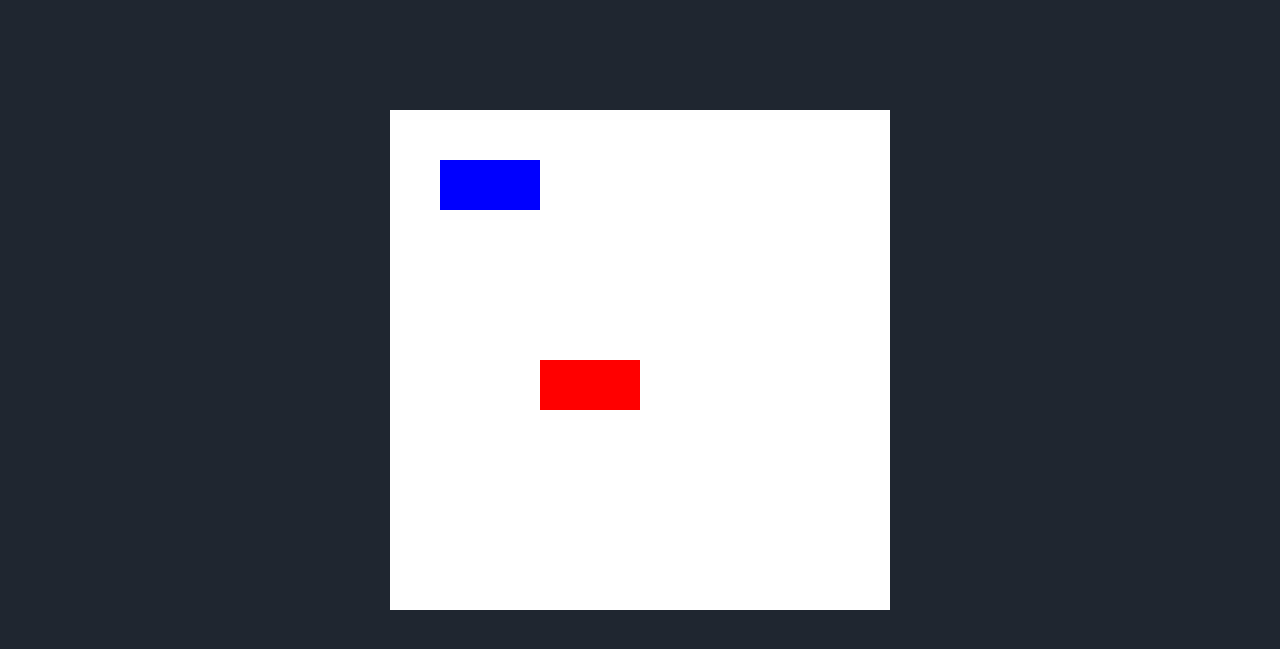
Repository: thecodeholic/cst-javascript-course
Page: /
The author's editor kept a copy of each file at every save. The page is drawn from the files as they stood at one save, then again after the next save.
The browser window is 1280 px wide. The pictures show the whole page.
The project was rebuilt for these pictures with package versions that can differ from the ones it lists, and the page was loaded fresh each time.

Above is the page before, as saved 2020-11-25 10:33:40.

### index.html
<!doctype html>
<html lang="en">
  <head>
    <!-- Required meta tags -->
    <meta charset="utf-8">
    <meta name="viewport" content="width=device-width, initial-scale=1, shrink-to-fit=no">

    <!-- Bootstrap CSS -->
    <link rel="stylesheet" href="https://stackpath.bootstrapcdn.com/bootstrap/4.5.2/css/bootstrap.min.css" integrity="sha384-JcKb8q3iqJ61gNV9KGb8thSsNjpSL0n8PARn9HuZOnIxN0hoP+VmmDGMN5t9UJ0Z" crossorigin="anonymous">

    <title>Javascript Course</title>

    <link rel="stylesheet" href="app.css">
  </head>
  <body>
    <canvas id="myCanvas" width="500" height="500">Your browser does not support canvas</canvas>
    <script src="app.js"></script>
    <!-- <script src="homework.js"></script> -->
  </body>
</html>

### app.css
* {
    box-sizing: border-box;
}
html {
    height: 100%;
}

body {
    background-color: rgb(31, 38, 48);
    display: flex;
    align-items: center;
    justify-content: center;
    height: 100%;;
}

canvas {
    background-color: #FFF;

}

### app.js
// What is canvas?
// https://developer.mozilla.org/en-US/docs/Web/API/Canvas_API/Tutorial
// https://www.w3schools.com/html/html5_canvas.asp
// https://www.w3schools.com/graphics/canvas_intro.asp
// https://www.w3schools.com/graphics/canvas_reference.asp
// https://developer.mozilla.org/en-US/docs/Web/API/Canvas_API

// How to create it and use it
const canvas = document.getElementById('myCanvas');
const ctx = canvas.getContext('2d');

// Draw rectangles
// =================
// fillRect
ctx.fillStyle = 'blue';
ctx.fillRect(50, 50, 100, 50);

ctx.translate(100, 100)
ctx.fillStyle = 'red';
ctx.fillRect(50, 150, 100, 50);

// // strokeRect
// ctx.strokeStyle = 'green';
// ctx.lineWidth = 4;
// ctx.strokeRect(200, 50, 100, 50);

// // clearRect
// ctx.clearRect(55, 55, 90, 40);

// // fillText
// ctx.font = '36px Arial';
// ctx.fillStyle = 'purple';
// ctx.fillText("Hello World", 200, 200)

// // strokeText
// ctx.lineWidth = 1;
// ctx.strokeText("Hello World", 200, 250);

// // Paths   beginPath, moveTo, lineTo, closePath, stroke, fill
// // ==============
// ctx.beginPath();
// ctx.moveTo(200, 300);
// ctx.lineTo(300, 300);
// ctx.lineTo(300, 400);
// ctx.closePath();
// ctx.stroke();

// // Arcs
// // ====================
// ctx.beginPath();
// ctx.lineWidth = 4;
// ctx.arc(100, 300, 50, 0, 2 * Math.PI);
// ctx.stroke();

// ctx.beginPath();
// ctx.moveTo(75, 25);
// ctx.quadraticCurveTo(25, 25, 25, 62.5);
// ctx.quadraticCurveTo(25, 100, 50, 100);
// ctx.quadraticCurveTo(50, 120, 30, 125);
// ctx.quadraticCurveTo(60, 120, 65, 100);
// ctx.quadraticCurveTo(125, 100, 125, 62.5);
// ctx.quadraticCurveTo(125, 25, 75, 25);
// ctx.stroke();

// Draw image
// ====================
// const image = new Image();
// image.src = 'char.png';
// image.onload = function() {
//     canvas.width = 100;
//     canvas.height = 100;
//     ctx.drawImage(image, 0, 0);
//     const data = ctx.getImageData(130, 130, 30, 30);
//     console.log(data);
//     ctx.putImageData(data, 200, 200);
// }

// Write text
// ====================

// Ball animation
// const ball = {
//     x: 100,
//     y: 100,
//     r: 20,
//     dx: 0,
//     dy: 0
// };


// function clear(){
//     ctx.clearRect(0, 0, canvas.width, canvas.height)
// }

// function drawBall() {
//     clear();
//     ctx.beginPath();

//     if (ball.x + ball.r >= canvas.width || ball.x - ball.r <= 0) {
//         ball.dx *= -1;
//     }
//     if (ball.y + ball.r >= canvas.height || ball.y - ball.r <= 0) {
//         ball.dy *= -1;
//     }

//     ctx.arc(ball.x, ball.y, ball.r, 0, 2 * Math.PI);
//     ctx.fillStyle = 'green'
//     ctx.fill();

//     ball.x += ball.dx;
//     ball.y += ball.dy;
// }

// function update() {
//     drawBall();

//     requestAnimationFrame(update);
// }

// document.addEventListener('keydown', function(ev) {
//     console.log(ev);
//     if (ev.key === 'ArrowRight') {
//         ball.dx = 3;
//     } else if (ev.key === 'ArrowLeft') {
//         ball.dx = -3;
//     } else if (ev.key === 'ArrowUp') {
//         ball.dy = -3;
//     } else if (ev.key === 'ArrowDown') {
//         ball.dy = 3;
//     }

// });

// document.addEventListener('keyup', function() {
//     ball.dx = 0;
//     ball.dy = 0;
// })

// update();

Loaded but not shown: src/index.js (no copy from this time; the picture is the same without it)

After the next save:
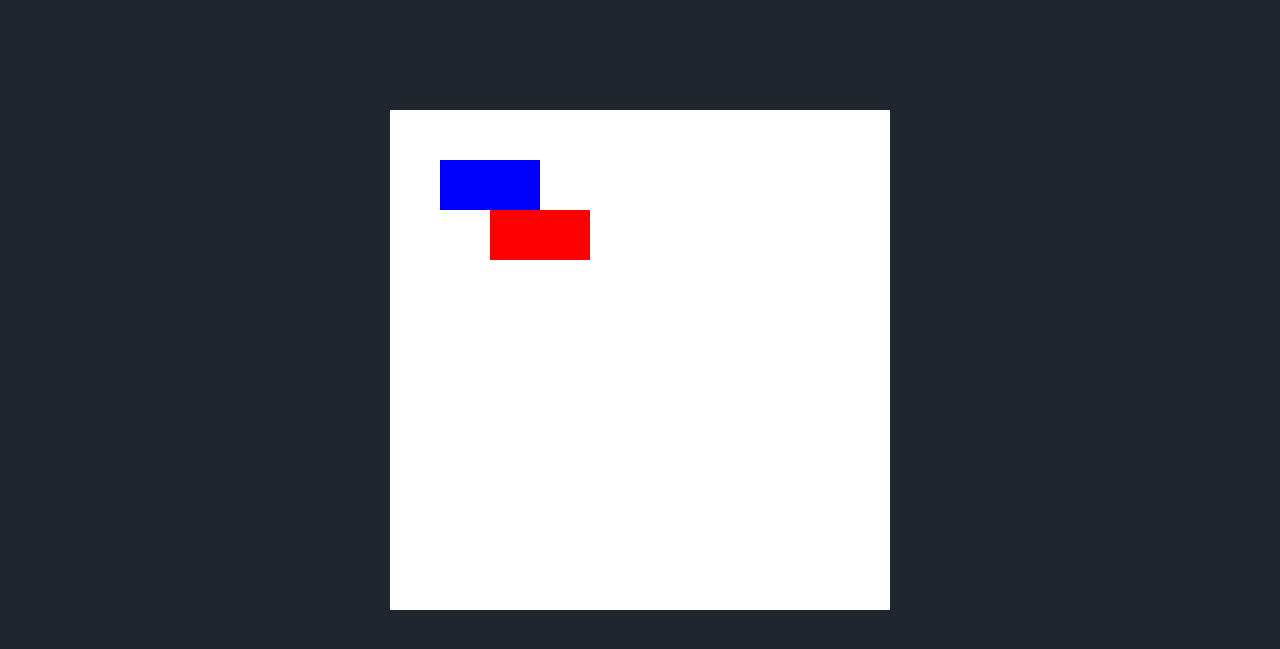
Saved 11 s later.
--- a/app.js
+++ b/app.js
@@ -17,7 +17,7 @@ ctx.fillRect(50, 50, 100, 50);
 
 ctx.translate(100, 100)
 ctx.fillStyle = 'red';
-ctx.fillRect(50, 150, 100, 50);
+ctx.fillRect(0, 0, 100, 50);
 
 // // strokeRect
 // ctx.strokeStyle = 'green';
